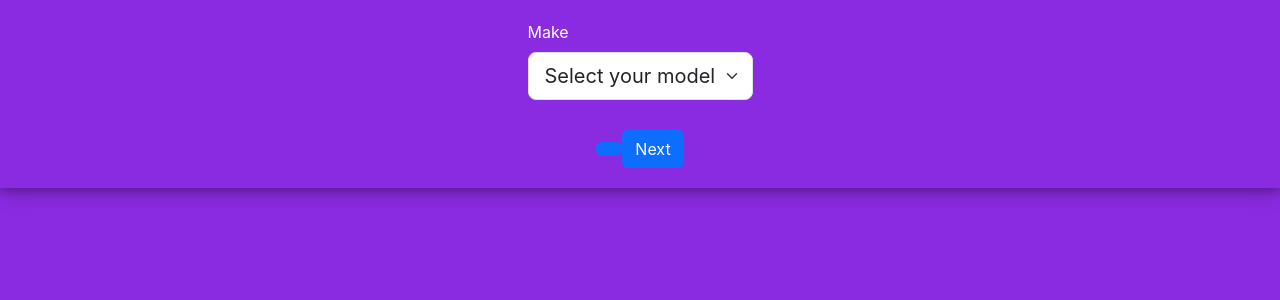
Repository: olahbold/greendoor_project
Page: /
An editor plug-in stored every save of this project. The page is shown before and after a run of saves, followed by the edit.
The browser window is 1280 px wide. The pictures show the whole page.
The project was rebuilt for these pictures with package versions that can differ from the ones it lists, and the page was loaded fresh each time. Also part of the build but not shown: src/App.css, src/components/Colour.js, src/components/Result.js, src/components/Code.js.

Above is the page before, as saved 2023-06-22 20:30:35.

After the next 2 saves:
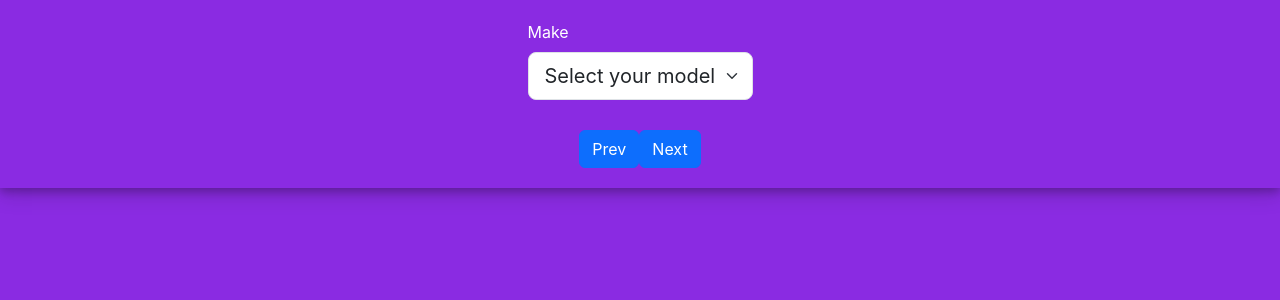
The 2 saves are shown as one change because they came seconds apart.
The last was saved 8 s later.
--- a/src/App.js
+++ b/src/App.js
@@ -74,7 +74,7 @@ export default function App() {
           </div>
 
           <div>
-            <Button></Button>
+            <Button>Prev</Button>
             <Button onClick={PageClick}>{page === 3 ? "Done" : "Next"}</Button>
           </div>
         </div>
